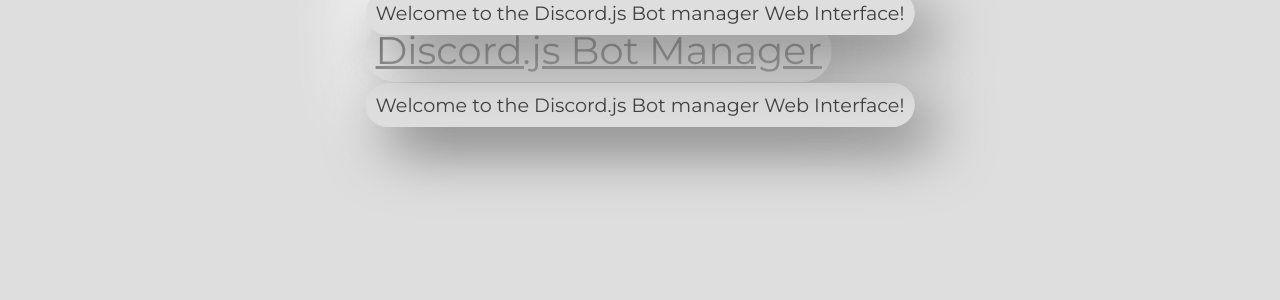
Repository: O-Schell/Discord-Bot-Manager
Page: Web_Interface/main.HTML
An editor plug-in stored every save of this project. The page is shown before and after the next save, followed by the edit.
The browser window is 1280 px wide. The pictures show the whole page.
The style sheet was rebuilt from its Sass, Less or Tailwind sources for each picture, by a compiler version that may differ from the author's.

Above is the page before, as saved 2020-11-24 20:05:01.
Not found: Web_Interface/script.js

After the next save:
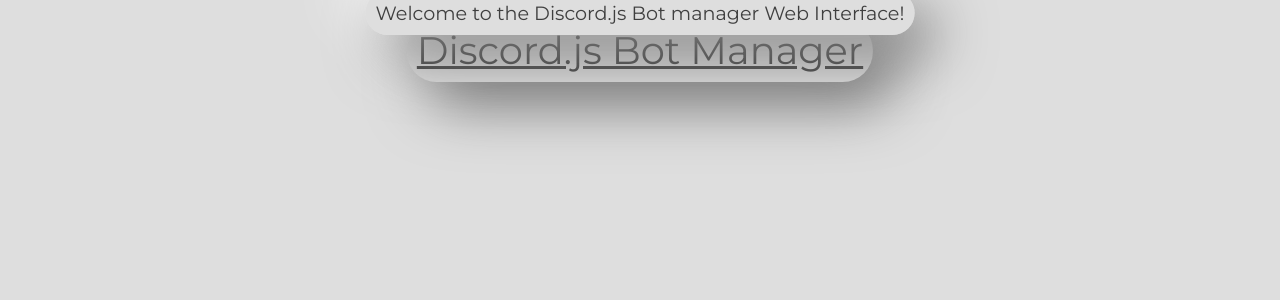
Saved 27 s later.
--- a/Web_Interface/main.HTML
+++ b/Web_Interface/main.HTML
@@ -11,7 +11,6 @@
 <body>
   <div class="title">
     <h1 class="neumorphism"><u>Discord.js Bot Manager</u></h1>
-    <p1 class="neumorphism">Welcome to the Discord.js Bot manager Web Interface!</p1>
   </div>
   <div class="title">
     <p1 class="neumorphism">Welcome to the Discord.js Bot manager Web Interface!</p1>
